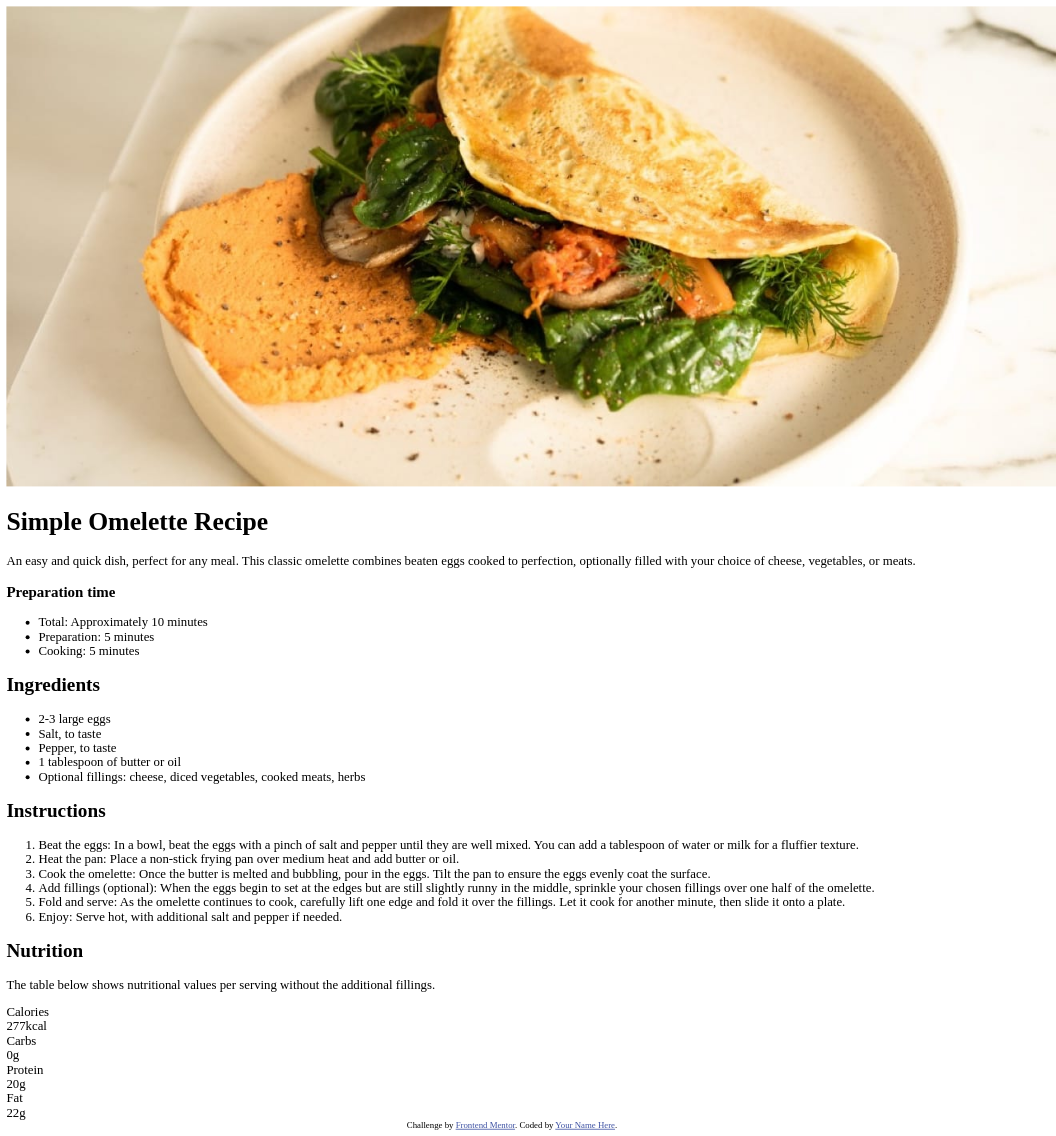
Repository: reemoon-ctrl/mine-recipe-page-main
Page: index.html
An editor plug-in stored every save of this project. The page is shown before and after the next save, followed by the edit.
The browser window is 1280 px wide. The page is 1320 px wide, then 1280 px, then 1320 px, so the pictures cover 1320 px, including what lies to the right of the window. The pictures show the whole page, at 80% of full size.

Above is the page before, as saved 2024-08-11 12:13:03.

After the next save:
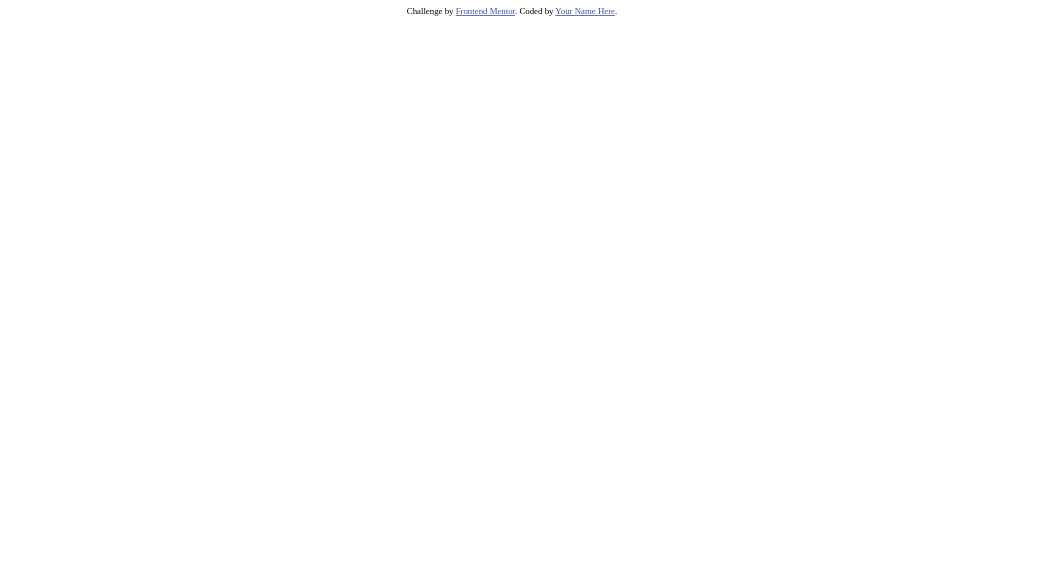
Saved 20 s later.
--- a/index.html
+++ b/index.html
@@ -18,66 +18,6 @@
   <div class="container">
 
   </div>
-  <img src="/image-omelette.jpeg" alt="omelette">
-  <h1>Simple Omelette Recipe</h1>
-
-  <p>An easy and quick dish, perfect for any meal. This classic omelette combines beaten eggs cooked
-    to perfection, optionally filled with your choice of cheese, vegetables, or meats.</p>
-
-  <h3>Preparation time</h3>
-
-
-  <ul>
-    <li>Total: Approximately 10 minutes</li>
-    <li>Preparation: 5 minutes</li>
-    <li>Cooking: 5 minutes</li>
-  </ul>
-
-
-
-  <h2>Ingredients</h2>
-  <ul>
-    <li>2-3 large eggs</li>
-    <li>Salt, to taste</li>
-    <li>Pepper, to taste</li>
-    <li>1 tablespoon of butter or oil</li>
-    <li>Optional fillings: cheese, diced vegetables, cooked meats, herbs</li>
-  </ul>
-
-
-
-
-
-
-  <h2>Instructions</h2>
-  <ol>
-    <li>Beat the eggs: In a bowl, beat the eggs with a pinch of salt and pepper until they are well mixed.
-      You can add a tablespoon of water or milk for a fluffier texture.</li>
-    <li>Heat the pan: Place a non-stick frying pan over medium heat and add butter or oil.</li>
-    <li>Cook the omelette: Once the butter is melted and bubbling, pour in the eggs. Tilt the pan to ensure
-      the eggs evenly coat the surface.</li>
-    <li>Add fillings (optional): When the eggs begin to set at the edges but are still slightly runny in the
-      middle, sprinkle your chosen fillings over one half of the omelette.</li>
-    <li>Fold and serve: As the omelette continues to cook, carefully lift one edge and fold it over the
-      fillings. Let it cook for another minute, then slide it onto a plate.</li>
-    <li>Enjoy: Serve hot, with additional salt and pepper if needed.</li>
-  </ol>
-
-  <h2>Nutrition</h2>
-
-  <p>The table below shows nutritional values per serving without the additional fillings.</p>
-
-  <div>Calories</div>
-  <div>277kcal</div>
-
-  <div>Carbs</div>
-  <div>0g</div>
-
-  <div>Protein</div>
-  <div>20g</div>
-
-  <div>Fat</div>
-  <div>22g</div>
 
   <div class="attribution">
     Challenge by <a href="https://www.frontendmentor.io?ref=challenge" target="_blank">Frontend Mentor</a>.

After the save that followed:
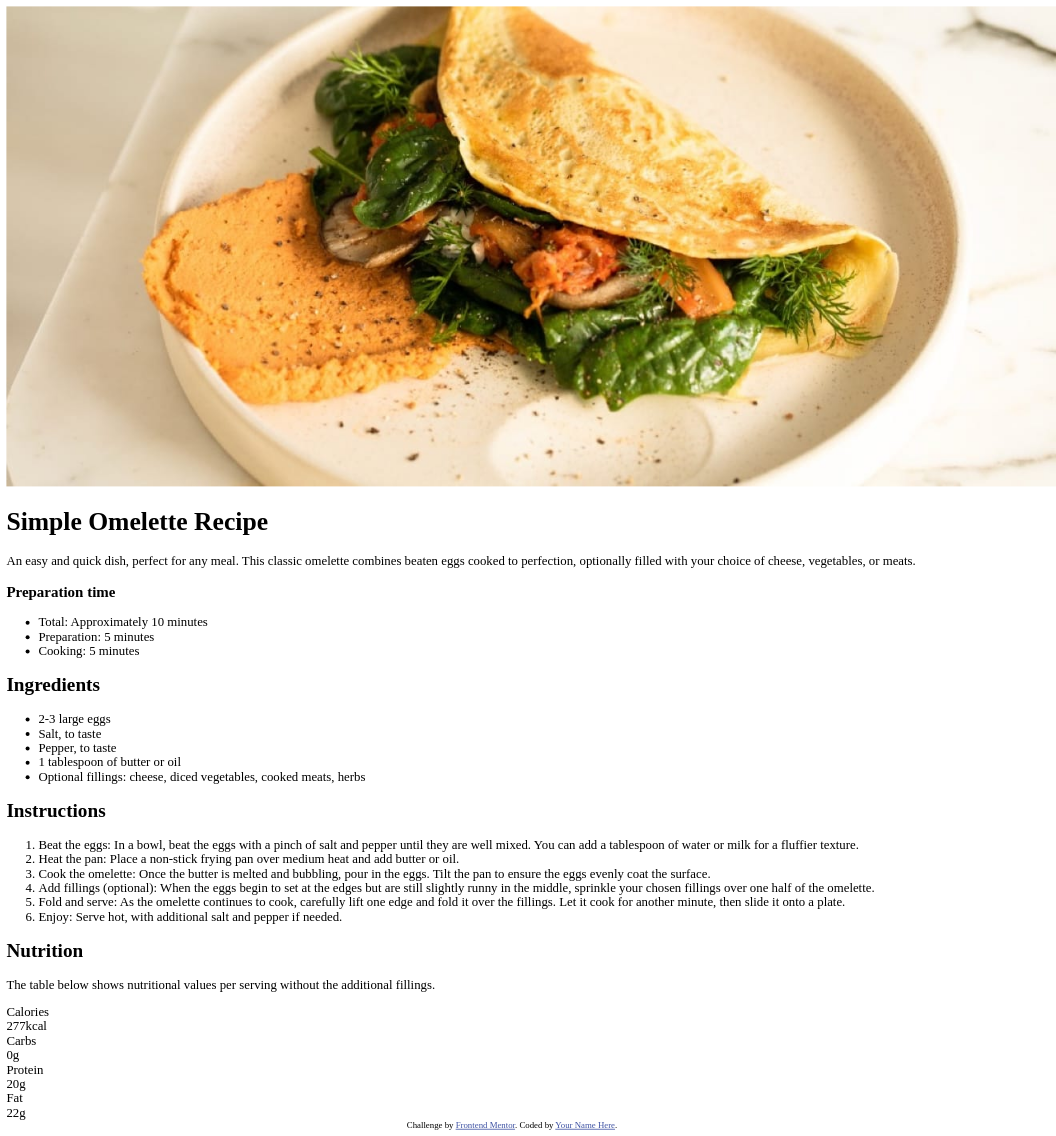
Saved 7 s later.
--- a/index.html
+++ b/index.html
@@ -16,6 +16,66 @@
 </head>
 <body>
   <div class="container">
+    <img src="/image-omelette.jpeg" alt="omelette">
+  <h1>Simple Omelette Recipe</h1>
+
+  <p>An easy and quick dish, perfect for any meal. This classic omelette combines beaten eggs cooked
+    to perfection, optionally filled with your choice of cheese, vegetables, or meats.</p>
+
+  <h3>Preparation time</h3>
+
+
+  <ul>
+    <li>Total: Approximately 10 minutes</li>
+    <li>Preparation: 5 minutes</li>
+    <li>Cooking: 5 minutes</li>
+  </ul>
+
+
+
+  <h2>Ingredients</h2>
+  <ul>
+    <li>2-3 large eggs</li>
+    <li>Salt, to taste</li>
+    <li>Pepper, to taste</li>
+    <li>1 tablespoon of butter or oil</li>
+    <li>Optional fillings: cheese, diced vegetables, cooked meats, herbs</li>
+  </ul>
+
+
+
+
+
+
+  <h2>Instructions</h2>
+  <ol>
+    <li>Beat the eggs: In a bowl, beat the eggs with a pinch of salt and pepper until they are well mixed.
+      You can add a tablespoon of water or milk for a fluffier texture.</li>
+    <li>Heat the pan: Place a non-stick frying pan over medium heat and add butter or oil.</li>
+    <li>Cook the omelette: Once the butter is melted and bubbling, pour in the eggs. Tilt the pan to ensure
+      the eggs evenly coat the surface.</li>
+    <li>Add fillings (optional): When the eggs begin to set at the edges but are still slightly runny in the
+      middle, sprinkle your chosen fillings over one half of the omelette.</li>
+    <li>Fold and serve: As the omelette continues to cook, carefully lift one edge and fold it over the
+      fillings. Let it cook for another minute, then slide it onto a plate.</li>
+    <li>Enjoy: Serve hot, with additional salt and pepper if needed.</li>
+  </ol>
+
+  <h2>Nutrition</h2>
+
+  <p>The table below shows nutritional values per serving without the additional fillings.</p>
+
+  <div>Calories</div>
+  <div>277kcal</div>
+
+  <div>Carbs</div>
+  <div>0g</div>
+
+  <div>Protein</div>
+  <div>20g</div>
+
+  <div>Fat</div>
+  <div>22g</div>
 
   </div>
 
